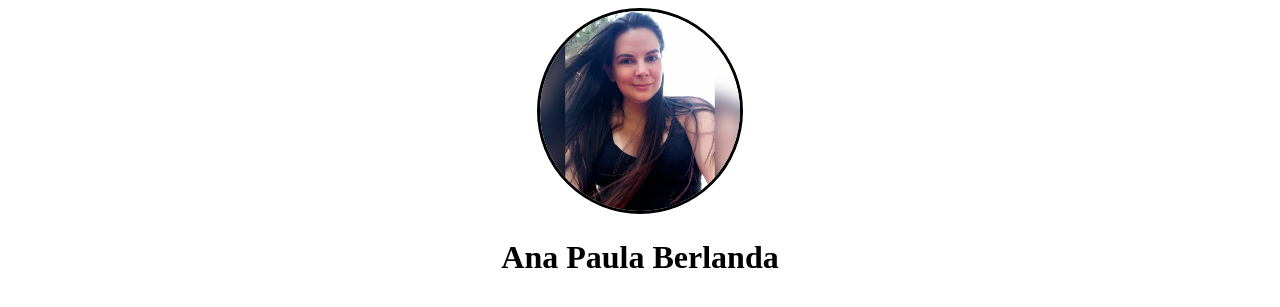
Repository: AnaBerlanda/AppAcademia
Page: index.html
These files come from the project's save history. The page is drawn as it stood at one moment and after the next save; the edit follows.
The browser window is 1280 px wide. The pictures show the whole page.

Above is the page before, as saved 2022-02-03 14:08:59.

After the next save:
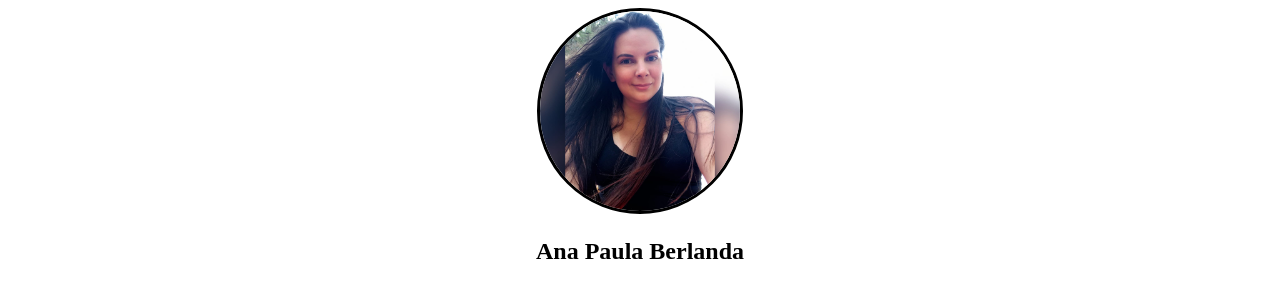
Saved 2 min 37 s later.
--- a/index.html
+++ b/index.html
@@ -23,7 +23,7 @@
 </head>
 <body>
     <img id="redonda" src="img/ana.jpg" alt="Foto da Ana">
-    <h1> Ana Paula Berlanda </h1>
+    <h2> Ana Paula Berlanda </h2>
 
 
 

After the save that followed:
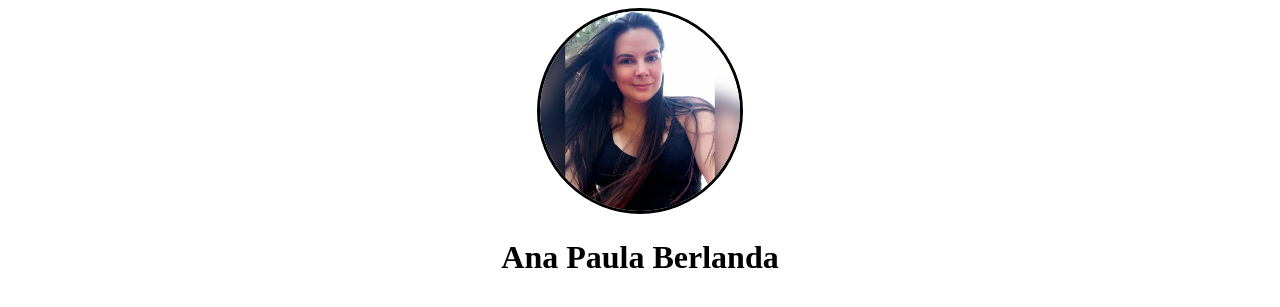
Saved 4 min 0 s later.
--- a/index.html
+++ b/index.html
@@ -12,7 +12,7 @@
         #redonda{
             width: 200px;
             height: 200px;
-            border-radius: 50%;
+            border-radius: 100%;
             border: 3px solid black;
         }
         title{
@@ -23,7 +23,9 @@
 </head>
 <body>
     <img id="redonda" src="img/ana.jpg" alt="Foto da Ana">
-    <h2> Ana Paula Berlanda </h2>
+    <h1> Ana Paula Berlanda </h1>
+
+
 
 
 
